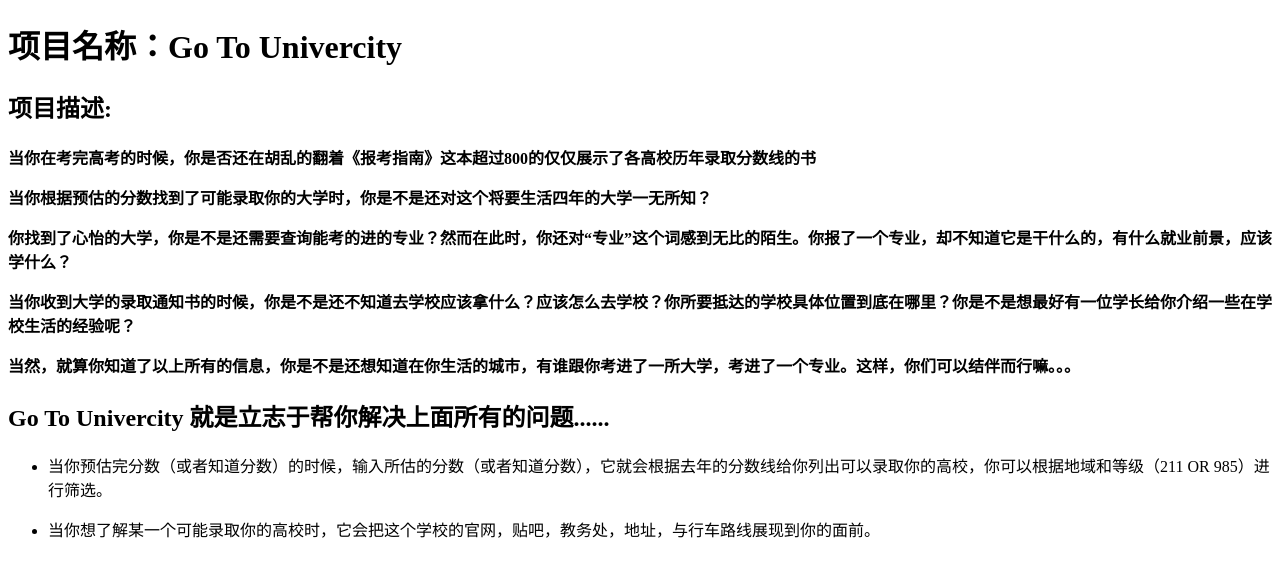
Repository: SUT-GC/GoToUnivercity
Page: http://localhost/GoToUniversity/ideasource/idea.jsp
These files come from the project's save history. The page is drawn as it stood at one moment and after the next save; the edit follows.
The browser window is 1280 px wide. The pictures show the whole page.
The page is served by Tomcat 9. Nobody is signed in. The application's start-up code is not run.

Above is the page before, as saved 2015-11-16 11:06:53.

After the next save:
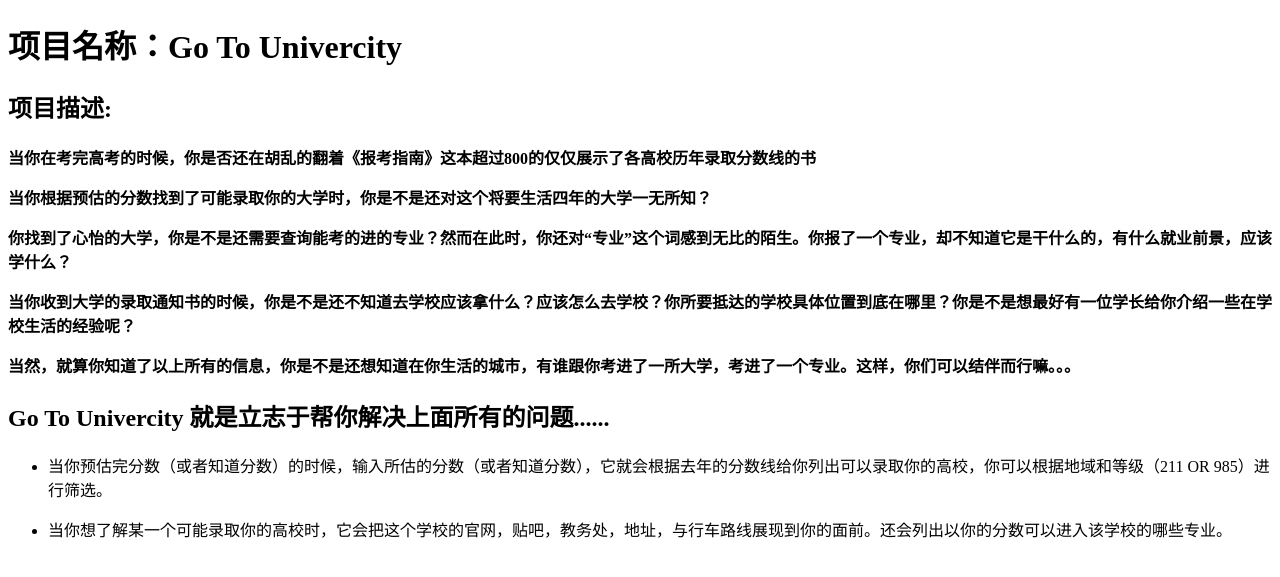
Saved 43 s later.
--- a/GoToUniversity/WebContent/ideasource/idea.jsp
+++ b/GoToUniversity/WebContent/ideasource/idea.jsp
@@ -26,7 +26,8 @@
 				<h2>Go To Univercity 就是立志于帮你解决上面所有的问题......</h2>
 				<ul>
 					<li><p>当你预估完分数（或者知道分数）的时候，输入所估的分数（或者知道分数），它就会根据去年的分数线给你列出可以录取你的高校，你可以根据地域和等级（211 OR 985）进行筛选。</p></li>
-					<li><p>当你想了解某一个可能录取你的高校时，它会把这个学校的官网，贴吧，教务处，地址，与行车路线展现到你的面前。</p></li>
+					<li><p>当你想了解某一个可能录取你的高校时，它会把这个学校的官网，贴吧，教务处，地址，与行车路线展现到你的面前。还会列出以你的分数可以进入该学校的哪些专业。</p></li>
+
 				</ul>
 			</div>
 		</div>
